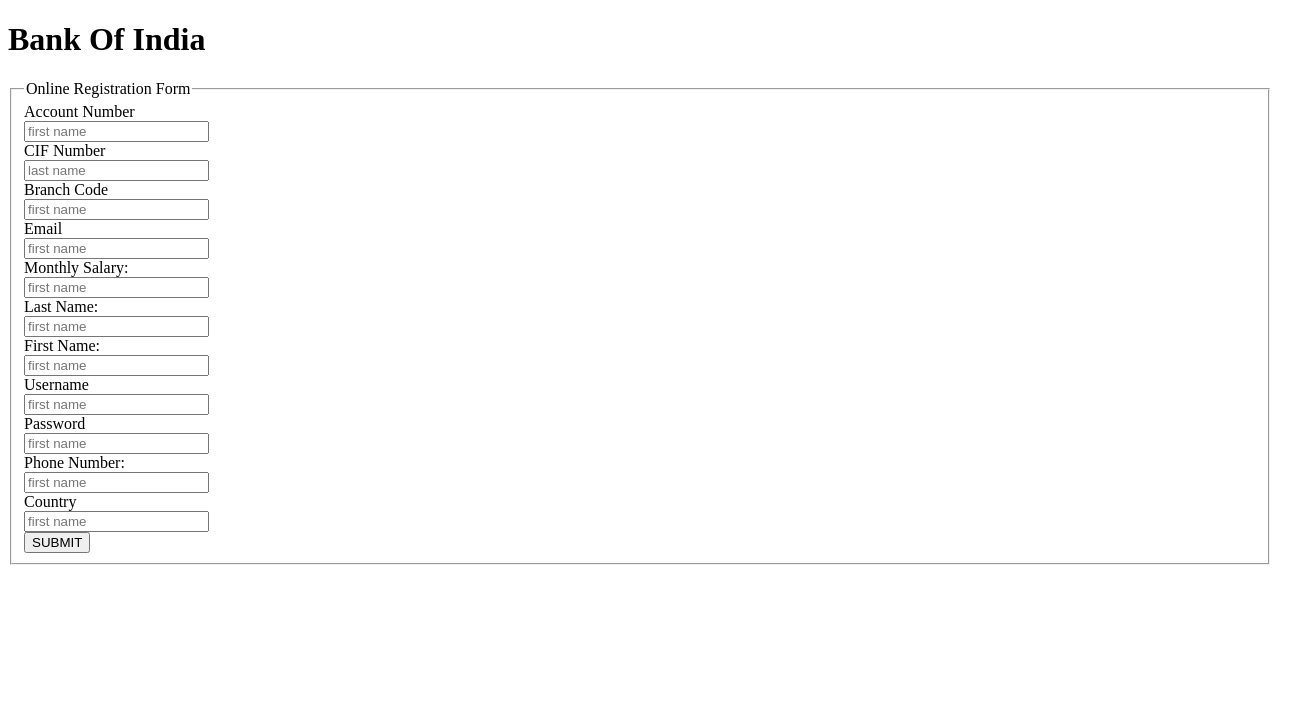
Repository: SivaSRKSomanchi/BellInfo-FinalProject
Page: http://localhost/bellinfo-finalproject/WEB-INF/view/userRegistrationPage.jsp
An editor plug-in stored every save of this project. The page is shown before and after the next save, followed by the edit.
The browser window is 1280 px wide. The page is 1280 px wide, then 1295 px, so the pictures cover 1295 px, including what lies to the right of the window. The pictures show the whole page.
The page is served by Tomcat 9. Nobody is signed in. The template is opened directly, without the code that normally fills it, so the values that code supplies are empty.

Above is the page before, as saved 2017-08-10 19:43:23.

After the next save:
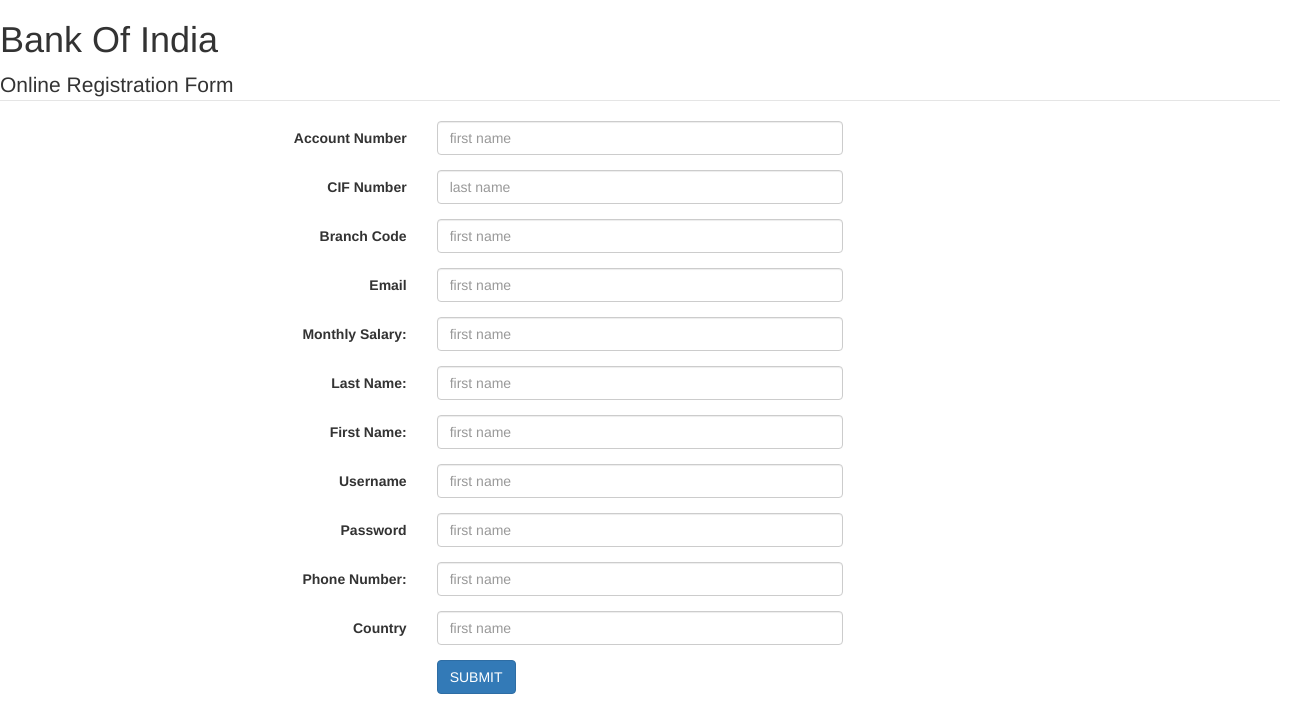
Saved 3 min 17 s later.
--- a/bellinfo-finalproject/src/main/webapp/WEB-INF/view/userRegistrationPage.jsp
+++ b/bellinfo-finalproject/src/main/webapp/WEB-INF/view/userRegistrationPage.jsp
@@ -6,6 +6,13 @@
 <!DOCTYPE html PUBLIC "-//W3C//DTD HTML 4.01 Transitional//EN" "http://www.w3.org/TR/html4/loose.dtd">
 <html>
 <head>
+
+<!-- Latest compiled and minified CSS -->
+<link rel="stylesheet"
+	href="https://maxcdn.bootstrapcdn.com/bootstrap/3.3.7/css/bootstrap.min.css"
+	integrity="sha384-BVYiiSIFeK1dGmJRAkycuHAHRg32OmUcww7on3RYdg4Va+PmSTsz/K68vbdEjh4u"
+	crossorigin="anonymous">
+
 <meta http-equiv="Content-Type" content="text/html; charset=ISO-8859-1">
 <title>Registration Page</title>
 </head>
